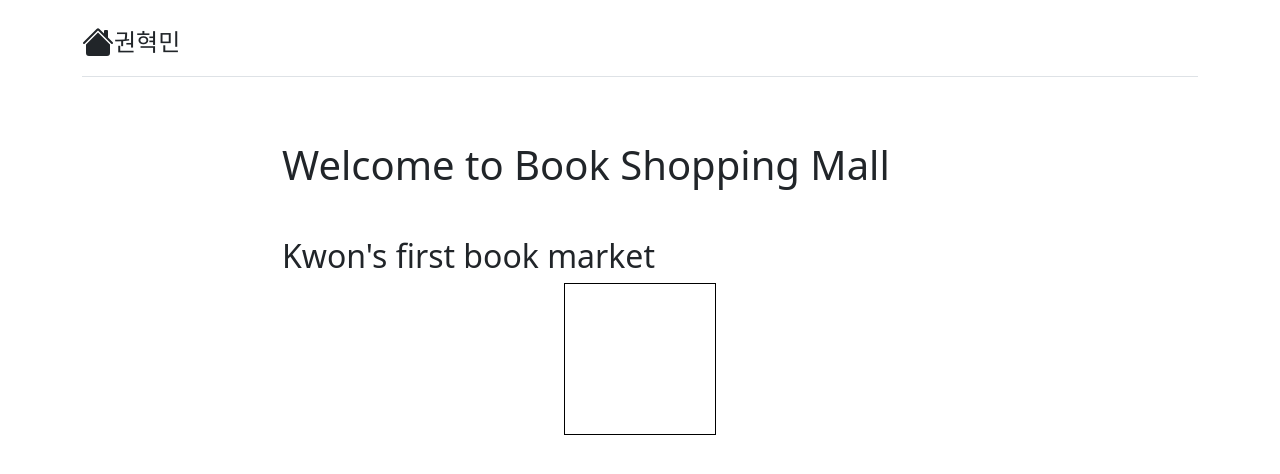
Repository: minn0701/JSP-Webbprogramming
Page: http://localhost/BookMarket/Welcome.jsp
An editor plug-in stored every save of this project. The page is shown before and after the next save, followed by the edit.
The browser window is 1280 px wide. The pictures show the whole page.
The page is served by Tomcat 9.

Above is the page before, as saved 2024-03-20 12:32:27.

### BookMarket/src/main/webapp/Welcome.jsp
<%@ page language="java" contentType="text/html; charset=EUC-KR"
    pageEncoding="EUC-KR"%>
<!DOCTYPE html>
<html>
<head>
    <link href="https://cdn.jsdelivr.net/npm/bootstrap@5.3.0-alpha1/dist/css/bootstrap.min.css" rel="stylesheet">
	<title>Welcome</title>
</head>
<body>

<%! String greet = "Welcome to Book Shopping Mall";
	String introduce = "Kwon's first book market"; %>

	<style>
		.left {
		padding-left: 200px;
		}
	</style>

<div class="container py-4">
    <header class="pb-3 mb-4 border-bottom"> <%-- 줄 만드는거 --%>
      <a href="./welcome.jsp" class="d-flex align-items-center text-dark text-decoration-none">

      <svg  width="32" height="32" fill="currentColor" class="bi bi-house-fill" viewBox="0 0 16 16">
  			<path d="M8.707 1.5a1 1 0 0 0-1.414 0L.646 8.146a.5.5 0 0 0 .708.708L8 2.207l6.646 6.647a.5.5 0 0 0 .708-.708L13 5.793V2.5a.5.5 0 0 0-.5-.5h-1a.5.5 0 0 0-.5.5v1.293L8.707 1.5Z"/>
  			<path d="m8 3.293 6 6V13.5a1.5 1.5 0 0 1-1.5 1.5h-9A1.5 1.5 0 0 1 2 13.5V9.293l6-6Z"/>
		</svg>   <%-- 집모양 아이콘 --%>

        <span class="fs-4"> 권혁민</span>

        </a>

</div>

<div class="container py-10">


      <p><h1 class="left"><%= greet %> </h1><p><br>
      <h2 class="left"><%= introduce %> </h2>

</div>

<center><canvas id="myCanvas" width="150" height="150" style="border:1px solid black;"> ㅇㅇ</canvas></center>



</body>

After the next save:
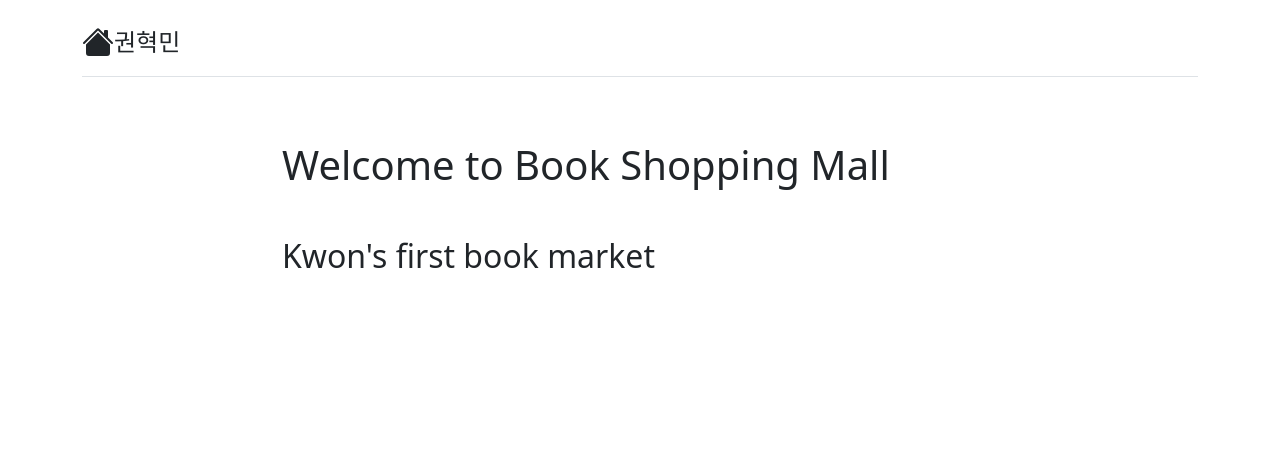
Saved 9 s later.
--- a/BookMarket/src/main/webapp/Welcome.jsp
+++ b/BookMarket/src/main/webapp/Welcome.jsp
@@ -40,8 +40,6 @@
 
 </div>
 
-<center><canvas id="myCanvas" width="150" height="150" style="border:1px solid black;"> ㅇㅇ</canvas></center>
-
 
 
 </body>
